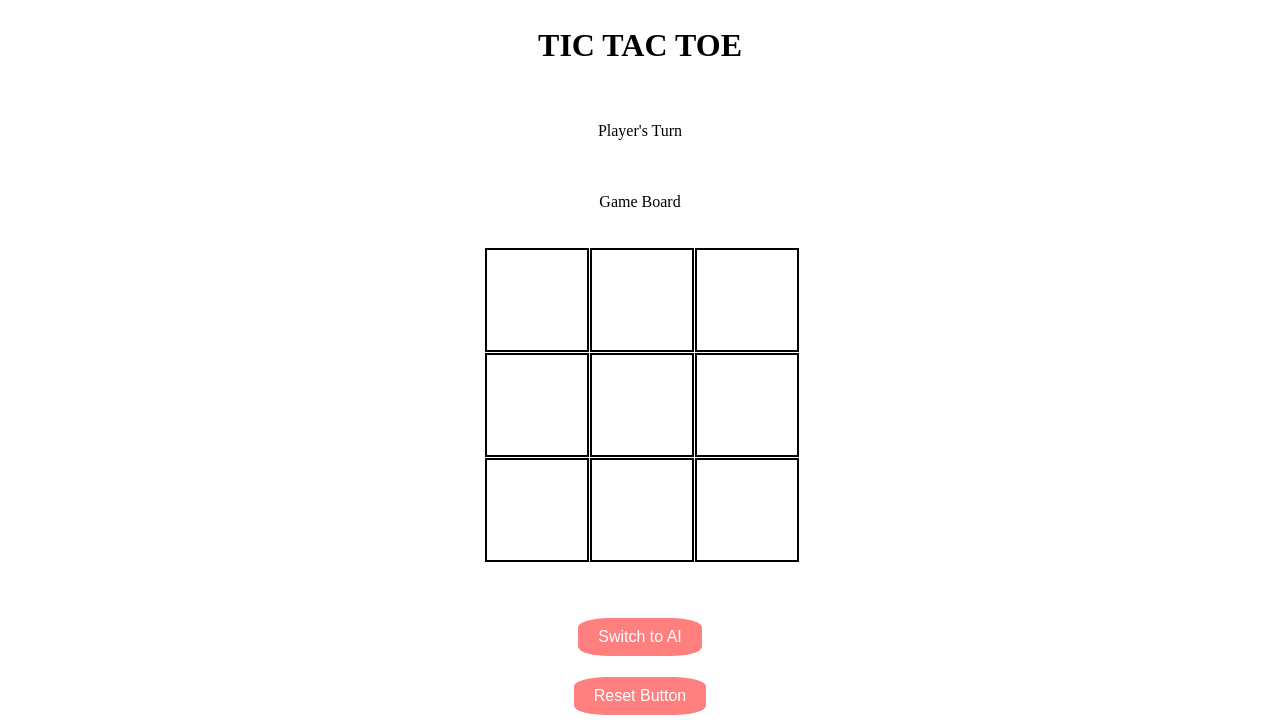
Repository: Yash19075/TicTacToe-game
Page: TicTacToe.html
An editor plug-in stored every save of this project. The page is shown before and after the next save, followed by the edit.
The browser window is 1280 px wide. The pictures show the whole page.

Above is the page before, as saved 2025-03-08 23:37:59.

### TicTacToe.html
<!DOCTYPE html>
<html lang="en">
<head>
    <meta charset="UTF-8">
    <meta name="viewport" content="width=device-width, initial-scale=1.0">
    <title>TicTacToe</title>
    <link rel="stylesheet" href="TicTacToe.css">
</head>
<body>
    <h1>TIC TAC TOE</h1>

    <p>Player's Turn</p>

    <p>Game Board</p>
    <div class="css-board">
        <div class="cell" onclick="handleClick(0)"></div>
        <div class="cell" onclick="handleClick(1)"></div>
        <div class="cell" onclick="handleClick(2)"></div>
        <div class="cell" onclick="handleClick(3)"></div>
        <div class="cell" onclick="handleClick(4)"></div>
        <div class="cell" onclick="handleClick(5)"></div>
        <div class="cell" onclick="handleClick(6)"></div>
        <div class="cell" onclick="handleClick(7)"></div>
        <div class="cell" onclick="handleClick(8)"></div>
    </div>
    <br>
    <button class="css-switchButton">Switch to AI</button>
    <button class="css-resetButton" onclick="button_reset()">Reset Button</button>

    <script src="TicTacToe.js"></script>
</body>
</html>

### TicTacToe.css
body {
    display: grid;
    place-items: center;
    height: 100vh; /* Full viewport height */
    margin: 0;
    gap: 10px;
}

.css-board {
    display: grid;
    grid-template-columns: repeat(3, 100px);
    grid-template-rows: repeat(3, 100px);
    gap: 5px;
}

.css-board div {
    display: flex;
    justify-content: center;
    align-items: center;
    border: 2px solid black;
    font-size: 24px;
    width: 100px;
    height: 100px;
}

.css-switchButton, .css-resetButton {
    padding: 10px 20px;
    border-radius: 25%;
    cursor: pointer;
    font-size: 16px;
    border: none;
    background-color: #ff7f7f;
    color: white;
    transition: transform 0.2s ease-in-out, background-color 0.3s;
}

.css-switchButton:hover, .css-resetButton:hover {
    background-color: #ff5252;
    transform: scale(1.1);
}

### TicTacToe.js
let board = ["","","","","","","","",""];
move = 'X';
const cells = document.querySelectorAll(".css-board div");
console.log(cells)

// for (let i = 0; i < cells.length; i++) {
//     cells[i].onclick = function () {
//         handleClick(i);
//     };
// }

function handleClick(index) {
    if (cells[index].innerHTML === '') {  // Ensure the cell is empty before marking
        cells[index].innerHTML = move;    // Place 'X' or 'O' in the cell
        move = move === 'X' ? 'O' : 'X';  // Switch turns
    }
}

function button_reset() {
    for(let i = 0; i <cells.length; i++)
    {
        cells[i].innerHTML = '';
        board[i] = '';
    }
    move = 'X'
}

After the next save:
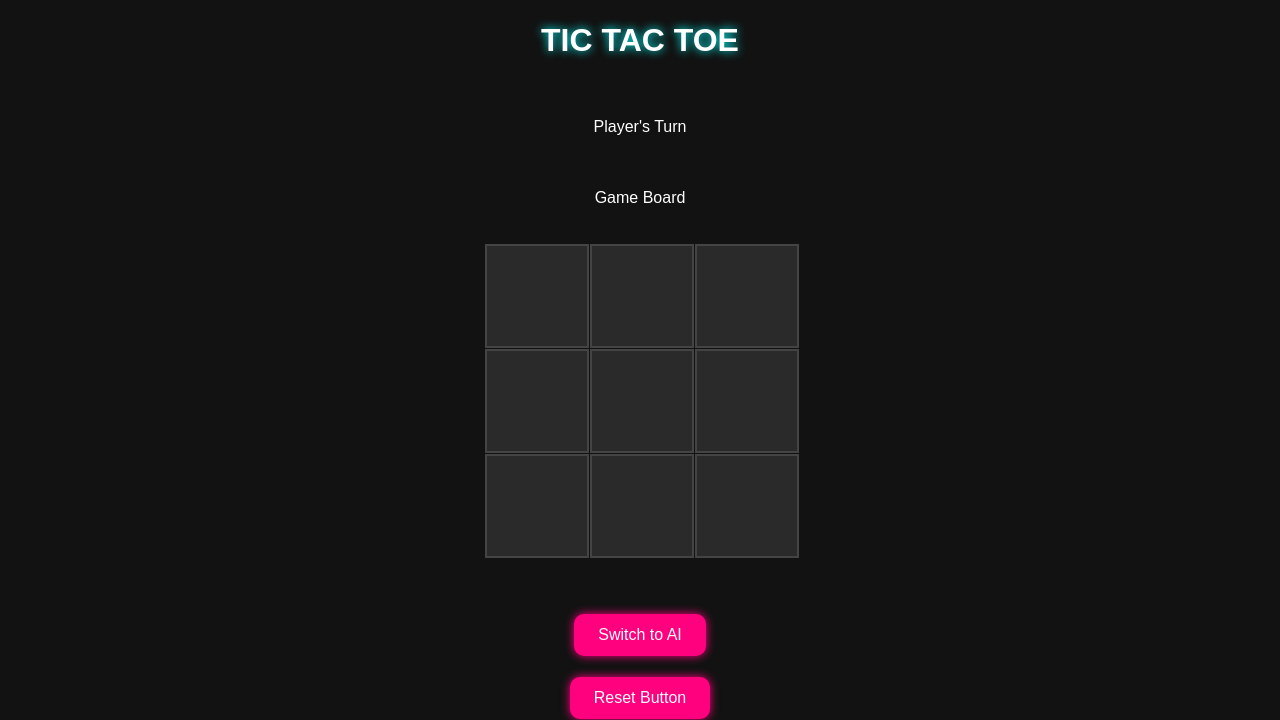
Saved 4 min 50 s later.
--- a/TicTacToe.css
+++ b/TicTacToe.css
@@ -1,11 +1,20 @@
 body {
     display: grid;
     place-items: center;
-    height: 100vh; /* Full viewport height */
+    height: 100vh;
     margin: 0;
-    gap: 10px;
+    gap: 20px;
+    background-color: #121212; /* Dark background */
+    color: white;
+    font-family: Arial, sans-serif;
 }
 
+h1 {
+    font-size: 32px;
+    text-shadow: 0 0 10px #00ffff; /* Neon glow effect */
+}
+
+/* Tic-Tac-Toe Board */
 .css-board {
     display: grid;
     grid-template-columns: repeat(3, 100px);
@@ -13,28 +22,44 @@ body {
     gap: 5px;
 }
 
+/* Game Board Cells */
 .css-board div {
     display: flex;
     justify-content: center;
     align-items: center;
-    border: 2px solid black;
-    font-size: 24px;
+    border: 2px solid #444;
+    background-color: #2a2a2a;
+    color: #00ffff; /* Neon cyan */
+    font-size: 36px;
+    font-weight: bold;
     width: 100px;
     height: 100px;
+    text-shadow: 0 0 10px #00ffff;
+    transition: background-color 0.3s ease-in-out, box-shadow 0.3s;
 }
 
+/* Hover effect on empty cells */
+.css-board div:hover {
+    background-color: #333;
+    box-shadow: 0 0 10px #00ffff;
+    cursor: pointer;
+}
+
+/* Buttons */
 .css-switchButton, .css-resetButton {
-    padding: 10px 20px;
-    border-radius: 25%;
+    padding: 12px 24px;
+    border-radius: 10px;
     cursor: pointer;
     font-size: 16px;
     border: none;
-    background-color: #ff7f7f;
+    background-color: #ff007f; /* Neon pink */
     color: white;
-    transition: transform 0.2s ease-in-out, background-color 0.3s;
+    box-shadow: 0 0 10px #ff007f;
+    transition: transform 0.2s ease-in-out, background-color 0.3s, box-shadow 0.3s;
 }
 
 .css-switchButton:hover, .css-resetButton:hover {
-    background-color: #ff5252;
+    background-color: #ff00ff; /* Brighter glow */
+    box-shadow: 0 0 15px #ff00ff;
     transform: scale(1.1);
 }
